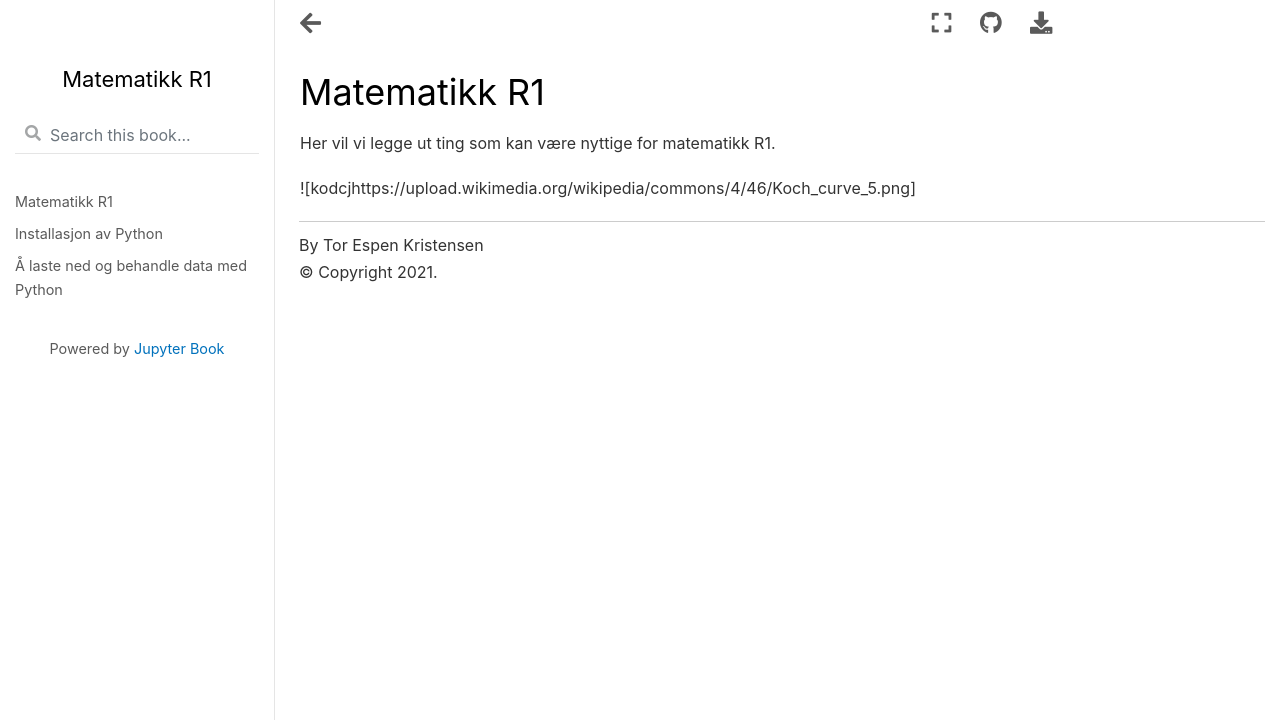
Repository: tork73/R1
Page: R1-programmering/_build/html/intro.html
These files come from the project's save history. The page is drawn as it stood at one moment and after the next save; the edit follows.
The browser window is 1280 px wide. The pictures show the whole page.

Above is the page before, as saved 2022-01-31 14:27:23.

After the next save:
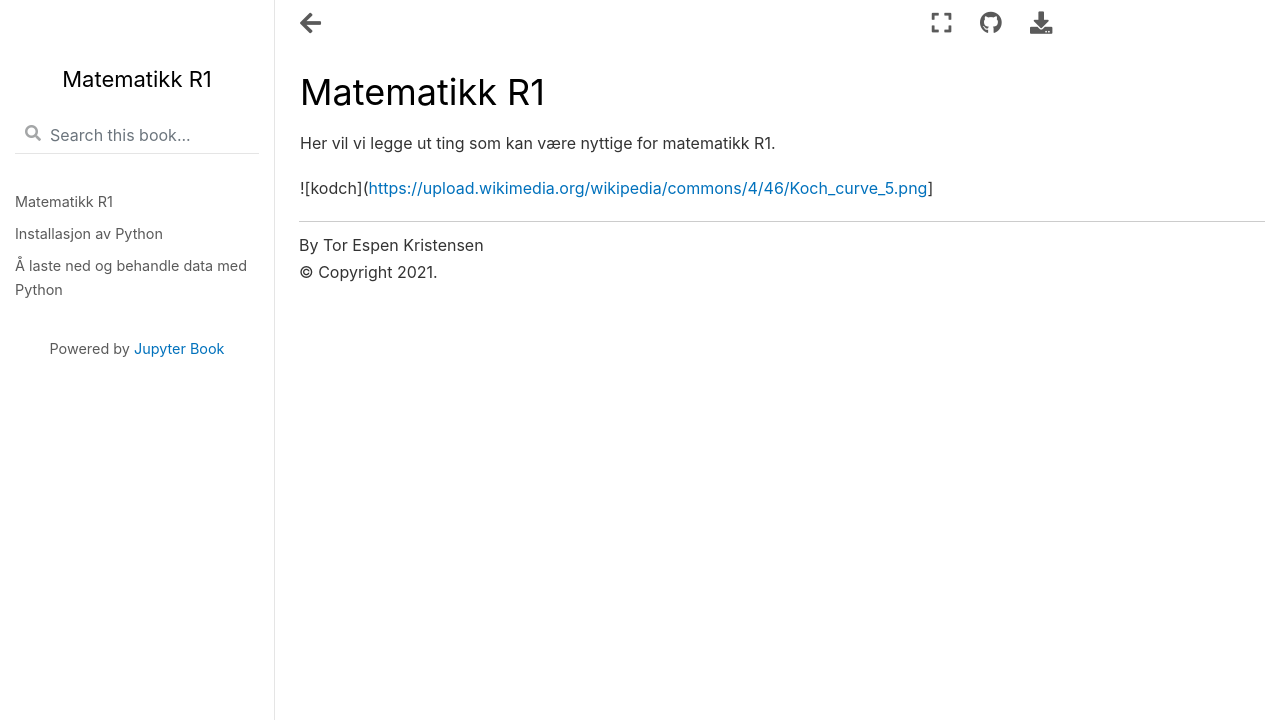
Saved 6 s later.
--- a/R1-programmering/_build/html/intro.html
+++ b/R1-programmering/_build/html/intro.html
@@ -142,7 +142,7 @@
         <!-- ipynb file if we had a myst markdown file -->
 
         <!-- Download raw file -->
-        <a class="dropdown-buttons" href="../_sources/.history/intro_20220131142723.md"><button type="button"
+        <a class="dropdown-buttons" href="../_sources/.history/intro_20220131142729.md"><button type="button"
                 class="btn btn-secondary topbarbtn" title="Download source file" data-toggle="tooltip"
                 data-placement="left">.md</button></a>
         <!-- Download PDF via print -->
@@ -162,7 +162,7 @@
                 data-toggle="tooltip" data-placement="left" title="Source repository"><i
                     class="fab fa-github"></i>repository</button></a>
         <a class="issues-button"
-            href="https://github.com/executablebooks/jupyter-book/issues/new?title=Issue%20on%20page%20%2F.history/intro_20220131142723.html&body=Your%20issue%20content%20here."><button
+            href="https://github.com/executablebooks/jupyter-book/issues/new?title=Issue%20on%20page%20%2F.history/intro_20220131142729.html&body=Your%20issue%20content%20here."><button
                 type="button" class="btn btn-secondary topbarbtn" data-toggle="tooltip" data-placement="left"
                 title="Open an issue"><i class="fas fa-lightbulb"></i>open issue</button></a>
 
@@ -204,7 +204,7 @@
   <div class="tex2jax_ignore mathjax_ignore section" id="matematikk-r1">
 <h1>Matematikk R1<a class="headerlink" href="#matematikk-r1" title="Permalink to this headline">¶</a></h1>
 <p>Her vil vi legge ut ting som kan være nyttige for matematikk R1.</p>
-<p>![kodcjhttps://upload.wikimedia.org/wikipedia/commons/4/46/Koch_curve_5.png]</p>
+<p>![kodch](<a class="reference external" href="https://upload.wikimedia.org/wikipedia/commons/4/46/Koch_curve_5.png">https://upload.wikimedia.org/wikipedia/commons/4/46/Koch_curve_5.png</a>]</p>
 </div>
 
     <script type="text/x-thebe-config">
